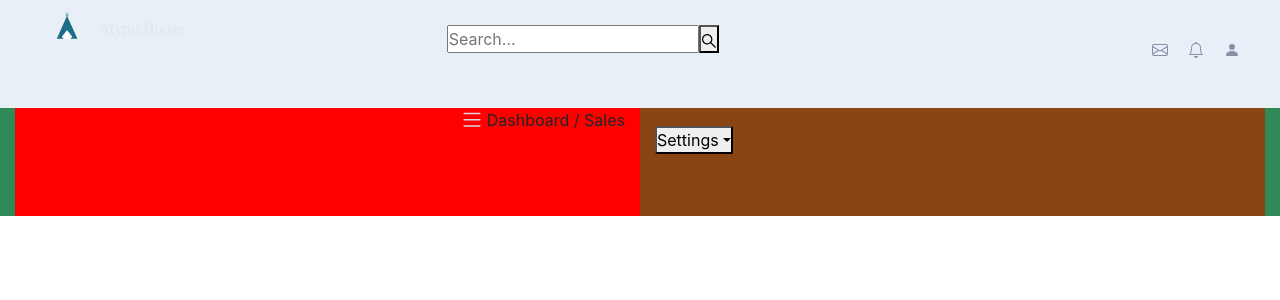
Repository: kifack/API-Symfony-AtypikHouse
Page: / (app in admin-frontend/)
An editor plug-in stored every save of this project. The page is shown before and after the next save, followed by the edit.
The browser window is 1280 px wide. The pictures show the whole page.
Some web libraries are served in a nearby version. The project was rebuilt for these pictures with package versions that can differ from the ones it lists, and the page was loaded fresh each time. Also part of the build but not shown: admin-frontend/src/css/Responsive.css, admin-frontend/src/css/admin/navbar.css, admin-frontend/src/components/template_parts/Header.js, admin-frontend/src/components/template_parts/Footer.js, admin-frontend/src/components/template_parts/Sidebar.js, admin-frontend/src/components/partials/LocationEntry.js, admin-frontend/src/components/template_parts/Spinner.js, admin-frontend/src/actions/location.js and 26 more.

Above is the page before, as saved 2020-10-01 19:40:49.

### admin-frontend/public/index.html
<!DOCTYPE html>
<html lang="en">
  <head>
    <meta charset="utf-8" />
    <link rel="icon" href="%PUBLIC_URL%/atypikhouse.ico" />
    <meta name="viewport" content="width=device-width, initial-scale=1" />
    <meta name="theme-color" content="#000000" />
    <meta
      name="description"
      content="Web site created using create-react-app"
    />
    <link
      rel="stylesheet"
      href="https://use.fontawesome.com/releases/v5.8.1/css/all.css"
      integrity="sha384-50oBUHEmvpQ+1lW4y57PTFmhCaXp0ML5d60M1M7uH2+nqUivzIebhndOJK28anvf"
      crossorigin="anonymous"
    />
    <!--
      manifest.json provides metadata used when your web app is installed on a
      user's mobile device or desktop. See https://developers.google.com/web/fundamentals/web-app-manifest/
    -->
    <!-- <link rel="manifest" href="%PUBLIC_URL%/manifest.json" /> -->
    <!--
      Notice the use of %PUBLIC_URL% in the tags above.
      It will be replaced with the URL of the `public` folder during the build.
      Only files inside the `public` folder can be referenced from the HTML.

      Unlike "/favicon.ico" or "favicon.ico", "%PUBLIC_URL%/favicon.ico" will
      work correctly both with client-side routing and a non-root public URL.
      Learn how to configure a non-root public URL by running `npm run build`.
    -->
    <script
      src="https://code.jquery.com/jquery-3.5.1.min.js"
      integrity="sha256-9/aliU8dGd2tb6OSsuzixeV4y/faTqgFtohetphbbj0="
      crossorigin="anonymous"
    ></script>
    <script src="https://stackpath.bootstrapcdn.com/bootstrap/4.5.2/js/bootstrap.min.js"></script>
    <script
      src="https://code.jquery.com/jquery-3.5.1.min.js"
      integrity="sha256-9/aliU8dGd2tb6OSsuzixeV4y/faTqgFtohetphbbj0="
      crossorigin="anonymous"
    ></script>

    <script src="https://stackpath.bootstrapcdn.com/bootstrap/4.5.2/js/bootstrap.min.js"></script>
    <title>AtypikHouse</title>
  </head>
  <body>
    <noscript>You need to enable JavaScript to run this app.</noscript>
    <div id="root"></div>
    <!--
      This HTML file is a template.
      If you open it directly in the browser, you will see an empty page.

      You can add webfonts, meta tags, or analytics to this file.
      The build step will place the bundled scripts into the <body> tag.

      To begin the development, run `npm start` or `yarn start`.
      To create a production bundle, use `npm run build` or `yarn build`.
    -->
  </body>
</html>

### admin-frontend/src/index.js
import React from 'react';
import ReactDOM from 'react-dom';
import App from './components/App';
import 'bootstrap/dist/css/bootstrap.min.css';
import { Provider } from 'react-redux';
import configureStore from './store/store';
import HeaderBack from './components/backend/HeaderBack';


const store = configureStore();
ReactDOM.render(
  <React.StrictMode>
    <Provider store={store}>
      <HeaderBack />
    </Provider>

  </React.StrictMode>,
  document.getElementById('root')
);

### admin-frontend/src/store/store.js
import { createStore, applyMiddleware } from "redux";
import { composeWithDevTools } from "redux-devtools-extension";
import thunk from "redux-thunk";
import rootReducer from "../reducers";

const configureStore = () => {
  const initialState = {};

  const middleware = [thunk];

  const store = createStore(
    rootReducer,
    initialState,
    composeWithDevTools(applyMiddleware(...middleware))
  );
  return store;
};

export default configureStore;

### admin-frontend/src/components/backend/HeaderBack.js
import React from "react";
import { Navbar, Nav, Image, Row, Container, Col } from "react-bootstrap";
import { BsBell, BsEnvelope, BsFillPersonFill, BsList } from "react-icons/bs";
import { FaSistrix } from "react-icons/fa";
import logo from './../../media/logonegatif.svg';


class HeaderBack extends React.Component{
    render(){
        return(

            <header>
            <Navbar>

                <div className="blue-sky menuhaut">
                <Container >
                <Row className="align-items-center">
                    <Col>
                        <Nav.Link><Image class="logo"src={logo}/><span class="titlesite">AtypikHouse</span></Nav.Link>
                    </Col>
                    <Col>
                        <form >

                        <input  type="text" placeholder="Search..." aria-label="Search"  />
                        <button type="submit" ><FaSistrix className="icons"/></button>
                        </form>
                    </Col>
                    <Col className="d-flex justify-content-end">
                        <Nav.Link><BsEnvelope className="icon-env"/></Nav.Link>
                        <Nav.Link><BsBell className="icon-bell"/></Nav.Link>
                        <Nav.Link><BsFillPersonFill className="icon-person"/></Nav.Link>
                    </Col>
                </Row >
                </Container>
                </div>

                    <div class="blue-sky sous-header">
                    <Container>
                    <Row className="align-items-center">

                        <Col className="d-flex justify-content-end">
                        <BsList class="icon-list"/>
                        <span className="titlelist"> Dashboard / Sales</span>
                        </Col>

                        <Col>
                        <button className="dropdown-toggle" type="button" id="setting">Settings</button>
                        </Col>


                    </Row>
                    </Container>
                    </div>

            </Navbar>
         </header>


        )
    }

}

export default HeaderBack;

### admin-frontend/src/utils/setAuthToken.js
import api from "./api";

const setAuthToken = (token) => {
  if (token) {
    console.log("setting...");
    api.defaults.headers.common.authorization = "Bearer " + token;
    localStorage.setItem("token", token);
  } else {
    console.log("deleting...");
    delete api.defaults.headers.common["Authorization"];
    localStorage.removeItem("token");
  }
};

export default setAuthToken;

### admin-frontend/src/css/App.css
:root {
  --primaryColor: #1c6e86;
  --secondaryColor :#060818;
  --tierColor: #1e2020;
  --white: #ffffff;
}

* {
  margin: 0;
  padding: 0;
  box-sizing: border-box;
}

@font-face {
  font-family: "title-logo";
  src: url("./../polices/vagnotie.otf");
}
@font-face {
  font-family: "title-block";
  src: url("./../polices/Vogue.ttf");
}
@font-face {
  font-family: "title-secondaire";
  src: url("./../polices/ArcaMajora3-Bold.otf");
}
@font-face {
  font-family : "sans-serifSpe";
  src: url("./../polices/Myriad-Pro_31655.ttf");
}

.blue-sky {
  background-color: var(--secondaryColor);
}
body .blue-Marine {
  background-color: var(--primaryColor);
}

.titleBlock {
  font-family: "title-block";
  padding-top: 30px;
  font-size: 1.3rem;
  color: var(--tiercolor);
}
.titleConte{
  text-align: center;
}
.btnNb{
  padding: 10px 20px;
  text-decoration: none;
  border-radius: 20px;
  font-family: "title-secondaire";
  font-size: 1rem;
}
.secondaryNb {
  color: var(--secondaryColor);
}
.btnNb:hover {
  text-decoration: none;
  color: var(--primaryColor);
  background-color: var(--secondaryColor);
}
.conteneurBtn {
  padding-top: 20px;
}
img {
  width: 100%;
}


/*********************************************************** Header backend ************************************************************************************/













/* ################################# Header ###########################*/
header .navbar{
  padding: 0;
  margin: 0;
  display: block;
}

header .menuhaut{
  height: 15vh;
  padding: 0;
  margin: 0;
}
header .menuhaut .col:first-child{
  width: 30%;
  height: 15vh;

}
header .menuhaut .col:nth-child(2){
  width: 30%;
  height: 8vh;

}
header .menuhaut .col:nth-child(3){
  width: 30%;
  height: 5vh;

}
header .menuhaut .col:nth-child(3) .nav-link{
  padding-left: 10px;
  padding-right: 10px;
  padding-top: 0px;
  padding-bottom: 10px;

}

header .menuhaut .row{
  width: 100%;
  height: 15vh;
  margin: 0;
  padding: 0;

}
header .menuhaut .container{
  max-width: 100% ;
  margin: 0;

}

header .container img {
  width: 12%;
  margin-right: 10px;

}

.titlesite, .logo{

  color: #e0e6ed;
  width: 30px;
  font-family: "title-secondair";
  font-size: 1.0rem;
}

.icon-env, .icon-bell, .icon-person {
  color: #888ea8;
}
.icon-list{
  color: #d9dadc;
  width: 30px;
  height: 25px;
 }

/*######  sous header ######*/

header .sous-header{
 background-color: royalblue;
 height: 40px;
 margin: 0;
 padding: 0;
}

header .sous-header .col:first-child{
  width: 30%;
  height: 15vh;
  background-color: red;

}

header .sous-header .col:nth-child(2){
  width: 30%;
  height: 10vh;

}

header .sous-header .row{
  background-color: saddlebrown;
  width: 100%;
  height: 15vh;
  margin: 0;
  padding: 0;

}
header .sous-header .container{
  max-width: 100% ;
  margin: 0;
  background-color: seagreen;

}





/*

input{
  background-color: #0e1726;
  border: 0px;
  border-radius: 10px;
  height: 40px;
  width: 60%;
}

button{
  background-color: #0e1726;
  border: 0px;
  border-radius: 10px;
  height: 40px;
}


button#setting {
  background-color: #1a1c2d;
  color: #d2d8df;
  font-size: 10px;
  width: 20%;
  border-radius: 12px;

  }

  .titlelist{
    color: #e9e9ea;
   }
*/

### admin-frontend/src/reducers/index.js
import { combineReducers } from "redux";
import auth from "./auth";
import location from "./location";
import user from "./user";
import comment from "./comment";
import destination from "./destination";
import category from "./category";
import thematic from "./thematic";
import field from "./field";

export default combineReducers({
  auth,
  location,
  user,
  comment,
  destination,
  category,
  thematic,
  field,
});

### admin-frontend/src/utils/api.js
import axios from "axios";
import store from "../store/store";
import { LOGOUT } from "../actions/types";

const api = axios.create({
  baseURL: "http://localhost:8000/api/v01",
  // baseURL: "http://api.f2i-dev2-ami-bc-akb-vyk.fr/api/v01",
  headers: {
    "Content-Type": "application/json",
    Accept: "application/json",
  },
});

const { dispatch } = store;

export default api;

### admin-frontend/src/css/sidebar.css
:root {
  --primaryColor: #0090d9;
  --secondaryColor: #e8f1f8;
  --tierColor: #1e2020;
  --white: #ffffff;
}

.sidebar {
  width: 240px;
  min-height: 100vh;
  transition: 0.4s;
  transition-property: width;
  background-color: #fff;

  /* background-image: linear-gradient(180deg, #4e73df 10%, #224abe 100%); */
  /* overflow-y: auto; */
}

.sidebar ul {
  /* color: var(--primaryColor); */
  height: 100%;
  width: 100%;
  list-style: none;
}
.sidebar .menu li {
  line-height: 60px;
  border-bottom: 1px solid #bdb8d7;
  border-bottom: 1px solid rgba(0, 0, 0, 0.05);
  border-top: 1px solid rgba(255, 255, 255, 0.05);
}
.sidebar .menu li:last-child {
  border-bottom: 1px solid rgba(255, 255, 255, 0.05);
}
.sidebar .menu li a {
  position: relative;
  text-decoration: none;
  color: #6c757d;
  font-size: 16px;
  padding-left: 20px;
  font-weight: 500;
  display: block;
  width: 100%;
  border-left: 3px solid transparent;
}
.sidebar .menu li a > i {
  color: var(--primaryColor);
  padding-right: 8px;
}
.sidebar .menu li.active a {
  color: #fff;
  background: #4e73df;
  /* border-left-color: #000; */
}
.sidebar .menu li a:hover {
  /* background-color: #4e73df; */
  opacity: 0.9;
  color: var(--primaryColor);
}
.sidebar .menu ul {
  position: static;
  display: none;
  background-color: #fff;
}

.sidebar .menu ul li {
  line-height: 50px;
  border-top: none;
  color: var(--primaryColor);
}

.sidebar ul li a .item {
  /* margin-left: 15px; */
  transition: 0.4s;
  transition-property: display;
}
.sidebar .menu ul li a {
  font-size: 15px;
  color: #6c757d;
  padding-left: 50px;
}
.sidebar .menu li.active ul li a {
  color: #e6e6e6;
  background: #1b1b1b;
  border-left-color: transparent;
}
.sidebar .menu ul li a:hover {
  border-left-color: var(--primaryColor);
  border-left-width: 5px;
}
.sidebar li a .caret-menu {
  position: absolute;
  top: 50%;
  right: 20px;
  transform: translateY(-50%);
  font-size: 18px;
  transition: transform 0.7s;
}
.sidebar li a span.rotate {
  transform: translateY(-50%) rotate(-180deg);
}

.wrapper.collapse-sidebar .sidebar {
  width: 70px;
}

.wrapper.collapse-sidebar .main_content {
  width: calc(100% - 70px);
}

.wrapper.collapse-sidebar .sidebar .item,
.submenu,
.wrapper.collapse-sidebar .sidebar .submenu li {
  display: none;
}

### admin-frontend/src/css/card.css
/* Navigation tabs */
:root {
  --primaryColor: #0090d9;
  --secondaryColor: #e8eff7;
  --tierColor: #1e2020;
  --white: #ffffff;
}
.tabs {
  /* width: 730px; */
  height: 100vh;
  overflow: hidden;
  border-radius: 5px;
  box-shadow: 5px 10px 5px #ccc;
  border: 1px solid #eee;
  margin-right: 10px;
}
.tabs .tab-header {
  /* height: 40px; */
  display: flex;
  align-items: center;
  width: 100%;
  padding: 15px;
  /* border: 1px solid #eee; */
}

.tabs .tab-header > div {
  width: calc(100% / 2);
  text-align: center;
  color: #888;
  font-weight: 600;
  cursor: pointer;
  font-size: 14px;
  text-transform: uppercase;
  outline: none;
}
/* .tabs .tab-header > div > i {
  display: block;
  margin-bottom: 5px;
} */
.tabs .tab-header > div.active {
  color: var(--primaryColor);
}
.tabs .tab-indicator {
  position: relative;
  width: calc(100% / 2);
  height: 5px;
  background: var(--primaryColor);
  left: 0px;
  border-radius: 5px;
  transition: all 500ms ease-in-out;
}
.tabs .tab-body {
  position: relative;
  height: calc(100% - 60px);
  padding: 10px 5px;
}
.tabs .tab-body > div {
  padding: 20px;
  position: absolute;
  width: 100%;
  top: -200%;
  opacity: 0;
  transform: scale(0.9);
  transition: opacity 500ms ease-in-out 0ms, transform 500ms ease-in-out 0ms;
}
.tabs .tab-body > div.active {
  top: 0px;
  opacity: 1;
  transform: scale(1);
}

/* Display location  */
.img-container {
  position: relative;
}
/* Next & previous buttons */
.prev,
.next {
  cursor: pointer;
  position: absolute;
  text-decoration: none !important;
  top: 50%;
  width: auto;
  margin-top: -22px;
  padding: 16px;
  color: white !important;
  font-weight: bold;
  font-size: 18px;
  transition: 0.6s ease;
  border-radius: 0 3px 3px 0;
  user-select: none;
}

/* Position the "next button" to the right */
.next {
  right: 0;
  border-radius: 3px 0 0 3px;
}
.prev {
  left: 0;
}

/* On hover, add a black background color with a little bit see-through */
.prev:hover,
.next:hover {
  background-color: rgba(0, 0, 0, 0.8);
}
/* Fading animation */
.custom-fade {
  -webkit-animation-name: fade;
  -webkit-animation-duration: 1.5s;
  animation-name: fade;
  animation-duration: 1.5s;
}

@-webkit-keyframes fade {
  from {
    opacity: 0.4;
  }
  to {
    opacity: 1;
  }
}

@keyframes fade {
  from {
    opacity: 0.4;
  }
  to {
    opacity: 1;
  }
}

### admin-frontend/src/reducers/auth.js
import {
  LOAD_USER_REQUEST,
  USER_LOADED,
  AUTH_ERROR,
  LOGIN_REQUEST,
  LOGIN_SUCCESS,
  LOGIN_FAIL,
  LOGOUT,
} from "../actions/types";
import setAuthToken from "../utils/setAuthToken";

const initialState = {
  token: localStorage.getItem("token"),
  isAuthenticated: false,
  loading: false,
  user: null,
  isLogining: false,
  error: null,
};

export default function (state = initialState, action) {
  const { type, payload } = action;

  switch (type) {
    case LOAD_USER_REQUEST:
      return {
        ...state,
        loading: true,
      };
    case USER_LOADED:
      if (payload.roles.indexOf("ROLE_ADMIN") >= 0) {
        return {
          ...state,
          isAuthenticated: true,
          loading: false,
          user: payload,
        };
      } else {
        return {
          ...state,
          isAuthenticated: false,
          loading: false,
          error: "Vous n'avez pas des droits d'accés",
        };
      }
    case LOGIN_REQUEST:
      return {
        ...state,
        isLogining: true,
      };
    case LOGIN_SUCCESS:
      if (payload.user.roles.indexOf("ROLE_ADMIN") >= 0) {
        localStorage.setItem("token", payload.token);
        setAuthToken(payload.token);
        return {
          ...state,
          isAuthenticated: true,
          isLogining: false,
          user: payload.user,
        };
      } else {
        return {
          ...state,
          isAuthenticated: false,
          isLogining: false,
          error: "Vous n'avez pas des droits d'accéss",
        };
      }

    case AUTH_ERROR:
    case LOGOUT:
      console.log("logout");
      localStorage.removeItem("token");
      return {
        ...state,
        token: null,
        isAuthenticated: false,
        loading: false,
        user: null,
        error: payload,
      };

    case LOGIN_FAIL:
      return {
        ...state,
        isLogining: false,
        error: payload.message,
      };

    default:
      return state;
  }
}

### admin-frontend/src/reducers/location.js
import {
  LOAD_LOCATIONS,
  LOAD_LOCATIONS_SUCCESS,
  LOAD_LOCATIONS_ERROR,
  VALIDATE_LOCATION,
  VALIDATE_LOCATION_ERROR,
  DEACTIVATE_LOCATION,
  DEACTIVATE_LOCATION_ERROR,
  LOAD_LOCATION,
  LOAD_LOCATION_SUCCESS,
  LOAD_LOCATION_ERROR,
} from "../actions/types";

const initialState = {
  locations: [],
  location: null,
  loading: false,
  loadingLocation: true,
};

export default function (state = initialState, action) {
  const { type, payload } = action;
  let index, locations;

  switch (type) {
    case LOAD_LOCATIONS:
      return {
        ...state,
        loading: true,
      };
    case LOAD_LOCATIONS_SUCCESS:
      return {
        ...state,
        locations: payload,
        loading: false,
      };

    case LOAD_LOCATION:
      return {
        ...state,
        loadingLocation: true,
        location: null,
      };
    case LOAD_LOCATION_SUCCESS:
      return {
        ...state,
        location: payload,
        loadingLocation: false,
      };
    case VALIDATE_LOCATION:
      index = state.locations.findIndex((item) => item.id === payload);
      locations = state.locations;
      locations[index].status = 1;

      return {
        ...state,
        locations: [...locations],
        loading: false,
      };
    case DEACTIVATE_LOCATION:
      index = state.locations.findIndex((item) => item.id === payload);
      locations = state.locations;
      locations[index].status = 2;

      return {
        ...state,
        locations: [...locations],
        loading: false,
      };

    default:
      return state;
  }
}

### admin-frontend/src/reducers/user.js
import {
  LOAD_USERS,
  LOAD_USERS_ERROR,
  LOAD_USERS_SUCCESS,
  LOAD_USER,
  LOAD_USER_SUCCESS,
  LOAD_USER_ERROR,
  TOGGLE_SIDEBAR,
  ACTIVATE_USER,
  ACTIVATE_USER_ERROR,
  DEACTIVATE_USER,
  DEACTIVATE_USER_ERROR,
} from "../actions/types";

const initialState = {
  users: [],
  user: null,
  loading: false,
  loadingUser: true,
  showSidebar: true,
};

export default function (state = initialState, action) {
  const { type, payload } = action;
  let index, users;

  switch (type) {
    case LOAD_USERS:
      return {
        ...state,
        loading: true,
      };
    case LOAD_USERS_SUCCESS:
      return {
        ...state,
        users: payload,
        loading: false,
      };

    case LOAD_USER:
      return {
        ...state,
        user: null,
        loadingUser: true,
      };
    case LOAD_USER_SUCCESS:
      return {
        ...state,
        user: payload,
        loadingUser: false,
      };
    case ACTIVATE_USER:
      index = state.users.findIndex((item) => item.id === payload);
      users = state.users;
      users[index].status = 1;

      return {
        ...state,
        users: [...users],
        loading: false,
      };
    case DEACTIVATE_USER:
      index = state.users.findIndex((item) => item.id === payload);
      users = state.users;
      users[index].status = 0;

      return {
        ...state,
        users: [...users],
        loading: false,
      };

    case TOGGLE_SIDEBAR:
      return {
        ...state,
        showSidebar: !state.showSidebar,
      };

    default:
      return state;
  }
}

### admin-frontend/src/reducers/comment.js
import {
  LOAD_COMMENTS,
  LOAD_COMMENTS_SUCCESS,
  LOAD_COMMENTS_ERROR,
  DELETE_COMMENT,
  DELETE_COMMENT_ERROR,
} from "../actions/types";

const initialState = {
  comments: [],
  loading: false,
};

export default function (state = initialState, action) {
  const { type, payload } = action;

  switch (type) {
    case LOAD_COMMENTS:
      return {
        ...state,
        loading: true,
      };

    case LOAD_COMMENTS_SUCCESS:
      return {
        ...state,
        comments: payload,
        loading: false,
      };
    case DELETE_COMMENT:
      let filteredComments = state.comments.filter(
        (item) => item.id !== payload
      );
      return {
        ...state,
        comments: [...filteredComments],
        loading: false,
      };

    default:
      return state;
  }
}

### admin-frontend/src/reducers/destination.js
import {
  LOAD_DESTINATIONS,
  LOAD_DESTINATIONS_SUCCESS,
  LOAD_DESTINATIONS_ERROR,
  ADD_DESTINATION,
  ADD_DESTINATION_ERROR,
} from "../actions/types";

const initialState = {
  destinations: [],
  loading: false,
};

export default function (state = initialState, action) {
  const { type, payload } = action;

  switch (type) {
    case ADD_DESTINATION:
      return {
        ...state,
        destinations: [...state.destinations, payload],
        loading: false,
      };
    case LOAD_DESTINATIONS:
      return {
        ...state,
        loading: true,
      };
    case LOAD_DESTINATIONS_SUCCESS:
      return {
        ...state,
        destinations: payload,
        loading: false,
      };

    default:
      return state;
  }
}

### admin-frontend/src/reducers/category.js
import {
  LOAD_CATEGORIES,
  LOAD_CATEGORIES_SUCCESS,
  LOAD_CATEGORIES_ERROR,
  ADD_CATEGORY,
  ADD_CATEGORY_ERROR,
} from "../actions/types";

const initialState = {
  categories: [],
  loading: false,
};

export default function (state = initialState, action) {
  const { type, payload } = action;

  switch (type) {
    case LOAD_CATEGORIES:
      return {
        ...state,
        loading: true,
      };
    case LOAD_CATEGORIES_SUCCESS:
      return {
        ...state,
        categories: [...payload],
        loading: false,
      };
    case ADD_CATEGORY:
      return {
        ...state,
        categories: [...state.categories, payload],
        loading: false,
      };

    default:
      return state;
  }
}

### admin-frontend/src/reducers/thematic.js
import {
  LOAD_THEMATICS,
  LOAD_THEMATICS_SUCCESS,
  LOAD_THEMATICS_ERROR,
  ADD_THEMATIC,
  ADD_THEMATIC_ERROR,
} from "../actions/types";

const initialState = {
  thematics: [],
  loading: false,
};

export default function (state = initialState, action) {
  const { type, payload } = action;

  switch (type) {
    case ADD_THEMATIC:
      return {
        ...state,
        thematics: [...state.thematics, payload],
        loading: false,
      };

    case LOAD_THEMATICS:
      return {
        ...state,
        loading: true,
      };

    case LOAD_THEMATICS_SUCCESS:
      return {
        ...state,
        thematics: payload,
        loading: false,
      };

    default:
      return state;
  }
}

### admin-frontend/src/reducers/field.js
import {
  LOAD_FIELDS,
  LOAD_FIELDS_ERROR,
  ADD_FIELD,
  ADD_FIELD_ERROR,
} from "../actions/types";

const initialState = {
  fields: [],
  loading: true,
};

export default function (state = initialState, action) {
  const { type, payload } = action;

  switch (type) {
    case LOAD_FIELDS:
      return {
        ...state,
        fields: [...payload],
        loading: false,
      };
    case ADD_FIELD:
      return {
        ...state,
        fields: [...state.fields, payload],
        loading: false,
      };

    default:
      return state;
  }
}

### admin-frontend/src/css/spinner.css
/* https://projects.lukehaas.me/css-loaders/ */
:root {
  --primaryColor: #0090d9;
  --secondaryColor: #e8eff7;
  --tierColor: #1e2020;
  --white: #ffffff;
}

.spinner {
  width: 100%;
  height: 100%;
  display: flex;
  align-items: center;
  justify-content: center;
  /* background-color: rgb(0, 0, 0); */
  /* background-color: #eee; */
}

.loader {
  color: var(--primaryColor);
  font-size: 20px;
  margin: 100px auto;
  width: 1em;
  height: 1em;
  border-radius: 50%;
  position: relative;
  text-indent: -9999em;
  -webkit-animation: load4 1.3s infinite linear;
  animation: load4 1.3s infinite linear;
  -webkit-transform: translateZ(0);
  -ms-transform: translateZ(0);
  transform: translateZ(0);
}
@-webkit-keyframes load4 {
  0%,
  100% {
    box-shadow: 0 -3em 0 0.2em, 2em -2em 0 0em, 3em 0 0 -1em, 2em 2em 0 -1em,
      0 3em 0 -1em, -2em 2em 0 -1em, -3em 0 0 -1em, -2em -2em 0 0;
  }
  12.5% {
    box-shadow: 0 -3em 0 0, 2em -2em 0 0.2em, 3em 0 0 0, 2em 2em 0 -1em,
      0 3em 0 -1em, -2em 2em 0 -1em, -3em 0 0 -1em, -2em -2em 0 -1em;
  }
  25% {
    box-shadow: 0 -3em 0 -0.5em, 2em -2em 0 0, 3em 0 0 0.2em, 2em 2em 0 0,
      0 3em 0 -1em, -2em 2em 0 -1em, -3em 0 0 -1em, -2em -2em 0 -1em;
  }
  37.5% {
    box-shadow: 0 -3em 0 -1em, 2em -2em 0 -1em, 3em 0em 0 0, 2em 2em 0 0.2em,
      0 3em 0 0em, -2em 2em 0 -1em, -3em 0em 0 -1em, -2em -2em 0 -1em;
  }
  50% {
    box-shadow: 0 -3em 0 -1em, 2em -2em 0 -1em, 3em 0 0 -1em, 2em 2em 0 0em,
      0 3em 0 0.2em, -2em 2em 0 0, -3em 0em 0 -1em, -2em -2em 0 -1em;
  }
  62.5% {
    box-shadow: 0 -3em 0 -1em, 2em -2em 0 -1em, 3em 0 0 -1em, 2em 2em 0 -1em,
      0 3em 0 0, -2em 2em 0 0.2em, -3em 0 0 0, -2em -2em 0 -1em;
  }
  75% {
    box-shadow: 0em -3em 0 -1em, 2em -2em 0 -1em, 3em 0em 0 -1em, 2em 2em 0 -1em,
      0 3em 0 -1em, -2em 2em 0 0, -3em 0em 0 0.2em, -2em -2em 0 0;
  }
  87.5% {
    box-shadow: 0em -3em 0 0, 2em -2em 0 -1em, 3em 0 0 -1em, 2em 2em 0 -1em,
      0 3em 0 -1em, -2em 2em 0 0, -3em 0em 0 0, -2em -2em 0 0.2em;
  }
}
@keyframes load4 {
  0%,
  100% {
    box-shadow: 0 -3em 0 0.2em, 2em -2em 0 0em, 3em 0 0 -1em, 2em 2em 0 -1em,
      0 3em 0 -1em, -2em 2em 0 -1em, -3em 0 0 -1em, -2em -2em 0 0;
  }
  12.5% {
    box-shadow: 0 -3em 0 0, 2em -2em 0 0.2em, 3em 0 0 0, 2em 2em 0 -1em,
      0 3em 0 -1em, -2em 2em 0 -1em, -3em 0 0 -1em, -2em -2em 0 -1em;
  }
  25% {
    box-shadow: 0 -3em 0 -0.5em, 2em -2em 0 0, 3em 0 0 0.2em, 2em 2em 0 0,
      0 3em 0 -1em, -2em 2em 0 -1em, -3em 0 0 -1em, -2em -2em 0 -1em;
  }
  37.5% {
    box-shadow: 0 -3em 0 -1em, 2em -2em 0 -1em, 3em 0em 0 0, 2em 2em 0 0.2em,
      0 3em 0 0em, -2em 2em 0 -1em, -3em 0em 0 -1em, -2em -2em 0 -1em;
  }
  50% {
    box-shadow: 0 -3em 0 -1em, 2em -2em 0 -1em, 3em 0 0 -1em, 2em 2em 0 0em,
      0 3em 0 0.2em, -2em 2em 0 0, -3em 0em 0 -1em, -2em -2em 0 -1em;
  }
  62.5% {
    box-shadow: 0 -3em 0 -1em, 2em -2em 0 -1em, 3em 0 0 -1em, 2em 2em 0 -1em,
      0 3em 0 0, -2em 2em 0 0.2em, -3em 0 0 0, -2em -2em 0 -1em;
  }
  75% {
    box-shadow: 0em -3em 0 -1em, 2em -2em 0 -1em, 3em 0em 0 -1em, 2em 2em 0 -1em,
      0 3em 0 -1em, -2em 2em 0 0, -3em 0em 0 0.2em, -2em -2em 0 0;
  }
  87.5% {
    box-shadow: 0em -3em 0 0, 2em -2em 0 -1em, 3em 0 0 -1em, 2em 2em 0 -1em,
      0 3em 0 -1em, -2em 2em 0 0, -3em 0em 0 0, -2em -2em 0 0.2em;
  }
}

Loaded but not shown: admin-frontend/src/actions/types.js (79 lines, source omitted)

After the next save:
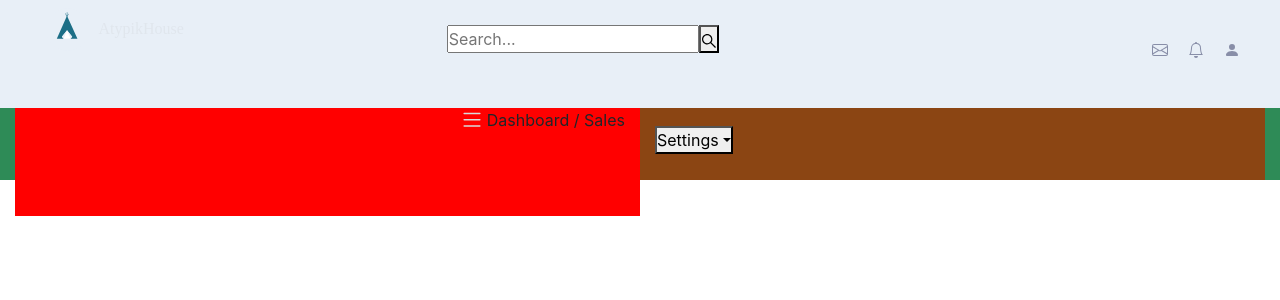
Saved 11 s later.
--- a/admin-frontend/src/css/App.css
+++ b/admin-frontend/src/css/App.css
@@ -177,7 +177,7 @@ header .sous-header .col:nth-child(2){
 header .sous-header .row{
   background-color: saddlebrown;
   width: 100%;
-  height: 15vh;
+  height: 10vh;
   margin: 0;
   padding: 0;
 
